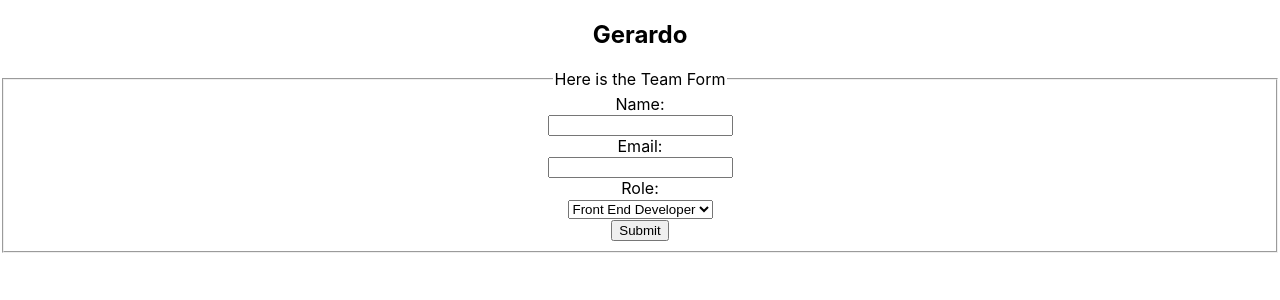
Repository: geedtd/team-builder
Page: /
An editor plug-in stored every save of this project. The page is shown before and after the next save, followed by the edit.
The browser window is 1280 px wide. The pictures show the whole page.
The project was rebuilt for these pictures with package versions that can differ from the ones it lists, and the page was loaded fresh each time.

Above is the page before, as saved 2020-01-24 14:31:49.

### src/App.js
import React, { useState } from 'react';
import Form from './Form';
import './App.css';

function App() {
  const [member, setMember] = useState({id:1, data: {name:'Gerardo'}})
  console.log(member);
  return (
    <div className="App">
      <div className="member-list">
      <h2>{member.data.name}</h2>
      </div>
      <Form />
    </div>
  );
}

export default App;

### src/Form.js
import React, { useState } from 'react';

function Form() {
    const [user, setUser] = useState({username: "", email: "", role: "" })

    function trackChange(event) {
        const updatedUser =
        {...user, [event.target.name]: event.target.value };
        setUser(updatedUser)
    }
    function displaySubmit(event) {
        event.preventDefault();
        console.log('Username: ', user)
    }
    return(
        <form onSubmit={displaySubmit}>
            <fieldset>
                <legend>Here is the Team Form</legend>
                <div className="form-container">
                    <label htmlFor="username">
                        Name:
                        <div>
                            <input type="text" name="username" onChange={trackChange}/>
                        </div>
                    </label>
                    <label htmlFor="email">
                        Email:
                        <div>
                            <input type="email" name="email" onChange={trackChange} />
                        </div>
                    </label>
                    <label htmlFor="role">
                        Role:
                        <div>
                            <select type="select" name ="role" onChange={trackChange}>
                                <option value="front_end_dev">Front End Developer</option>
                                <option value="back_end_dev">Back End Developer</option>
                                <option value="full_stack_dev">Full Stack Developer</option>
                                <option value="data_analyst">Data Analyst</option>
                            </select>
                        </div>
                    </label>
                    <button type="submit">Submit</button>
                </div>
            </fieldset>
        </form>
    )
}

export default Form;

Loaded but not shown: public/index.html (common file); src/index.js (common file); src/index.css (common file); src/serviceWorker.js (common file); src/App.css (common file)

After the next save:
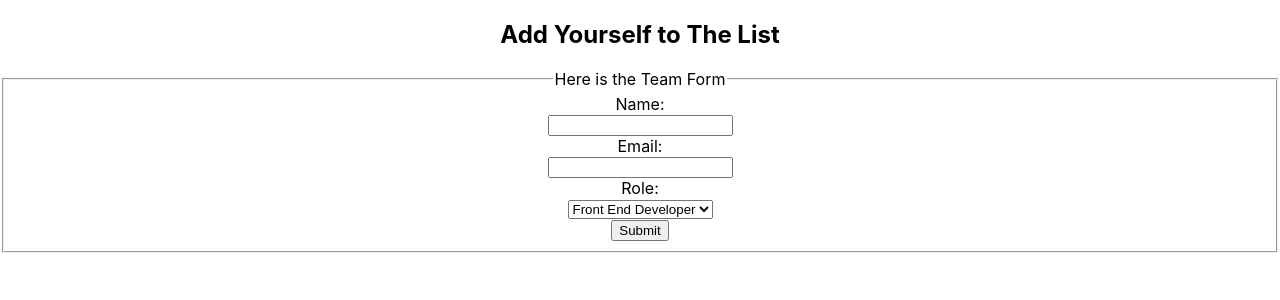
Saved 6 min 36 s later.
--- a/src/App.js
+++ b/src/App.js
@@ -3,12 +3,12 @@ import Form from './Form';
 import './App.css';
 
 function App() {
-  const [member, setMember] = useState({id:1, data: {name:'Gerardo'}})
-  console.log(member);
+  // const [member, setMember] = useState({id:1, data: {name:()}})
+  // console.log(member);
   return (
     <div className="App">
       <div className="member-list">
-      <h2>{member.data.name}</h2>
+      <h2>Add Yourself to The List</h2>
       </div>
       <Form />
     </div>
